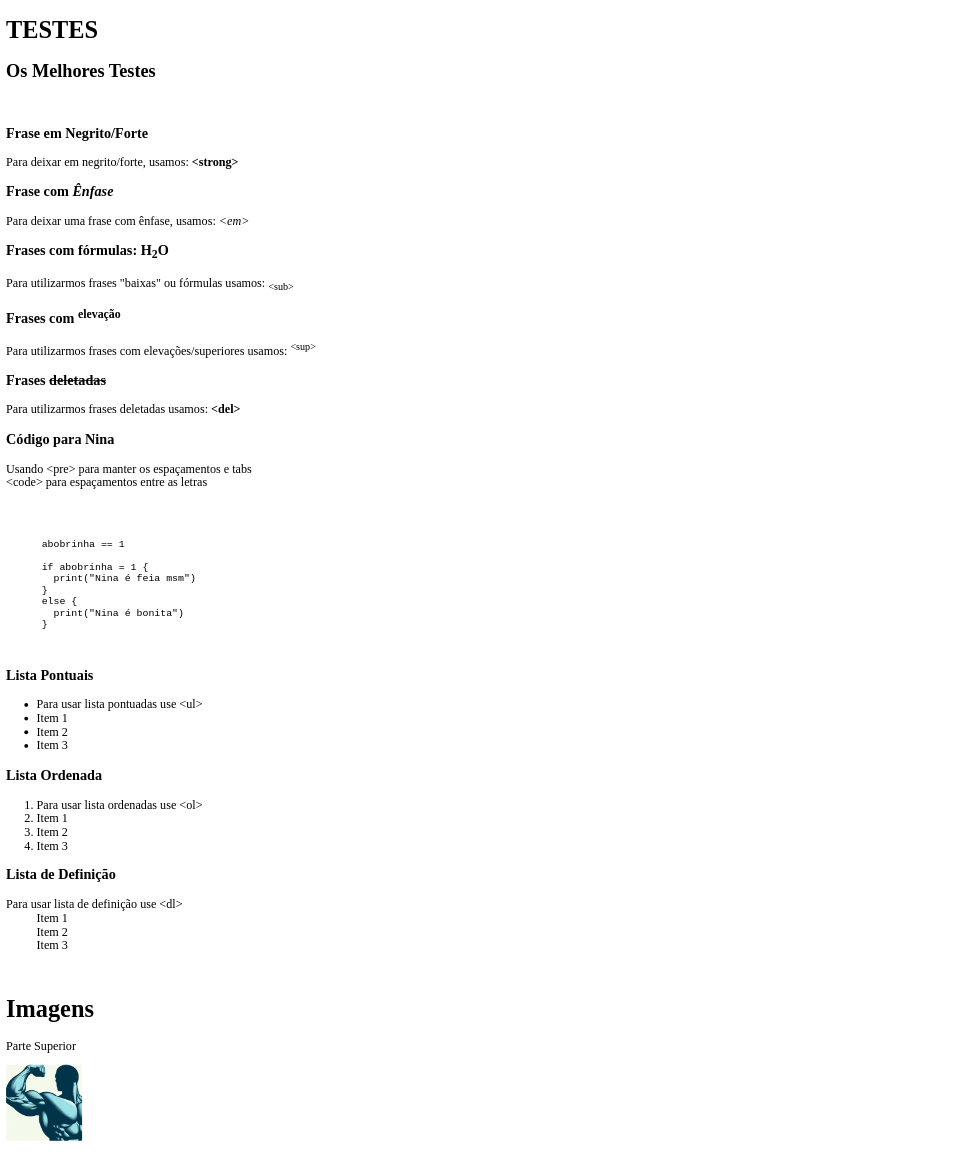
Repository: LuidyOn/Site_Forca_Total
Page: ForçaTotal/teste.html
The author's editor kept a copy of each file at every save. The page is drawn from the files as they stood at one save, then again after a run of saves.
The browser window is 1280 px wide. The pictures show the whole page, at 76% of full size.

Above is the page before, as saved 2025-05-15 14:03:05.

### ForçaTotal/teste.html
<!DOCTYPE html>
<html lang="pt-br">
<head>
  <meta charset="UTF-8">
  <meta name="viewport" content="width=device-width, initial-scale=1.0">
  <link rel="shortcut icon" href="img/icons/logo.ico" type="image/x-icon">
  <title>Testes Força total</title>
</head>
<body>
  <h1>TESTES</h1>
  <h2>Os Melhores Testes</h2>

  <p><br></p>

  <h3>Frase em <strong>Negrito/Forte</strong></h3>
  <p>Para deixar em negrito/forte, usamos: <strong>&lt;strong&gt;</strong></p>

  <h3>Frase com <em>Ênfase</em></h3>
  <p>Para deixar uma frase com ênfase, usamos: <em>&lt;em&gt;</em></p>

  <h3>Frases com fórmulas: H<sub>2</sub>O</h3>
  <p>Para utilizarmos frases "baixas" ou fórmulas usamos: <sub>&lt;sub&gt;</sub></p>

  <h3>Frases com <sup>elevação</sup></h3>
  <p>Para utilizarmos frases com elevações/superiores usamos: <sup>&lt;sup&gt;</sup></p>

  <h3>Frases <del>deletadas</del></h3>
  <p>Para utilizarmos frases deletadas usamos: <strong>&lt;del&gt;</strong></p>

  <h3>Código para Nina</h3>
  <p>Usando &lt;pre&gt; para manter os espaçamentos e tabs <br> &lt;code&gt; para espaçamentos entre as letras</p>

  <p><br></p>

  <pre>
    <code>
      abobrinha == 1

      if abobrinha = 1 {
        print("Nina é feia msm")
      }
      else {
        print("Nina é bonita")
      }
    </code>
  </pre>

  <h3>Lista Pontuais</h3>
  <ul>
    <li>Para usar lista pontuadas use &lt;ul&gt;</li>
    <li>Item 1</li>
    <li>Item 2</li>
    <li>Item 3</li>
  </ul>

  <h3>Lista Ordenada</h3>
  <ol>
    <li>Para usar lista ordenadas use &lt;ol&gt;</li>
    <li>Item 1</li>
    <li>Item 2</li>
    <li>Item 3</li>
  </ol>

  <h3>Lista de Definição</h3>
  <dl>
    <dt>Para usar lista de definição use &lt;dl&gt;</dt>
    <dd>Item 1</dd>
    <dd>Item 2</dd>
    <dd>Item 3</dd>

  <p><br></p>

  <h1>Imagens</h1>
  <p>Parte Superior</p>
  <img src="img/parteSerior.png" alt="parte superior" style="width: 100px; height: 100px;">
</body>
</html>

After the next 3 saves:
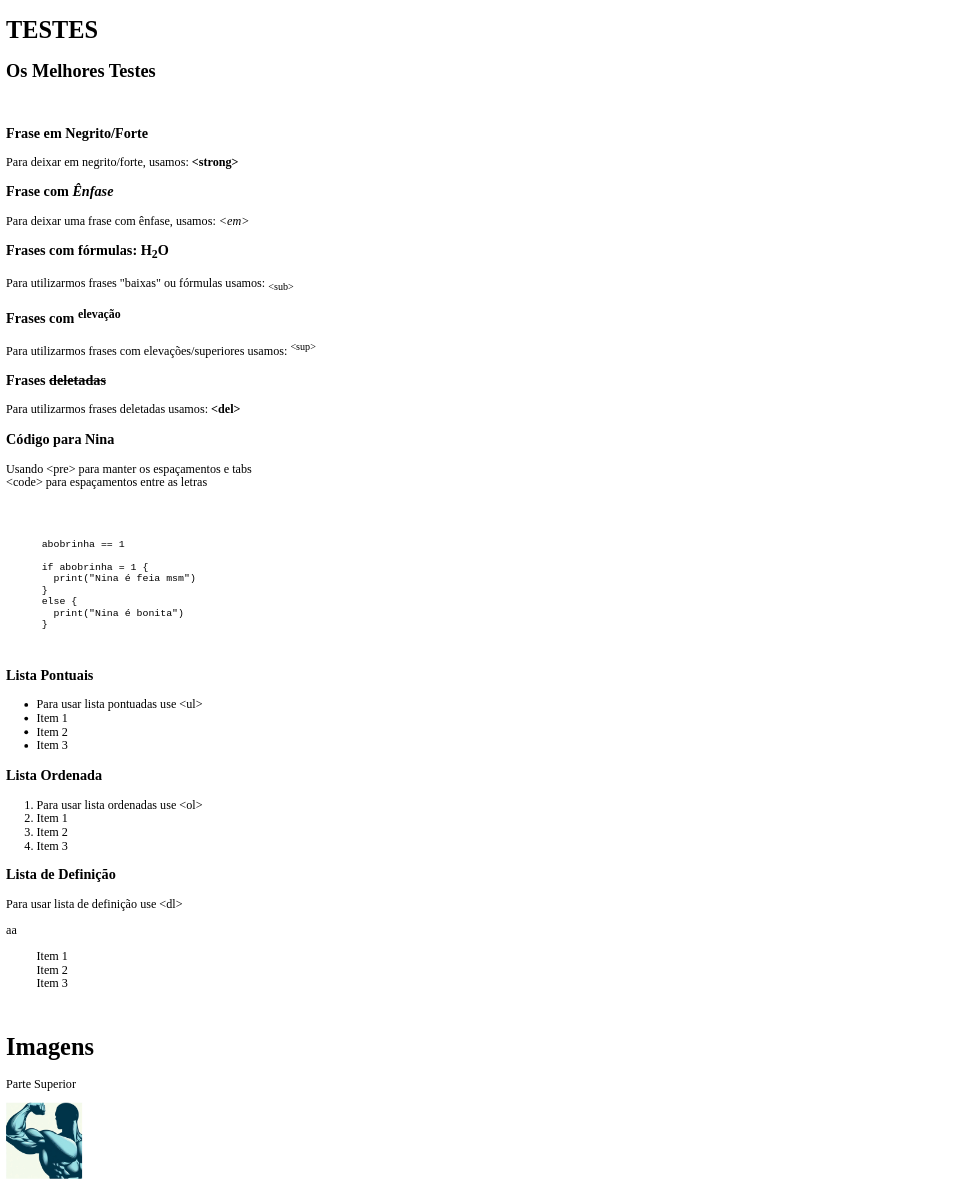
The 3 saves are shown as one change because they came seconds apart.
The last was saved 10 s later.
--- a/ForçaTotal/teste.html
+++ b/ForçaTotal/teste.html
@@ -64,6 +64,9 @@
   <h3>Lista de Definição</h3>
   <dl>
     <dt>Para usar lista de definição use &lt;dl&gt;</dt>
+    <dl>
+      aa
+    </dl>
     <dd>Item 1</dd>
     <dd>Item 2</dd>
     <dd>Item 3</dd>
